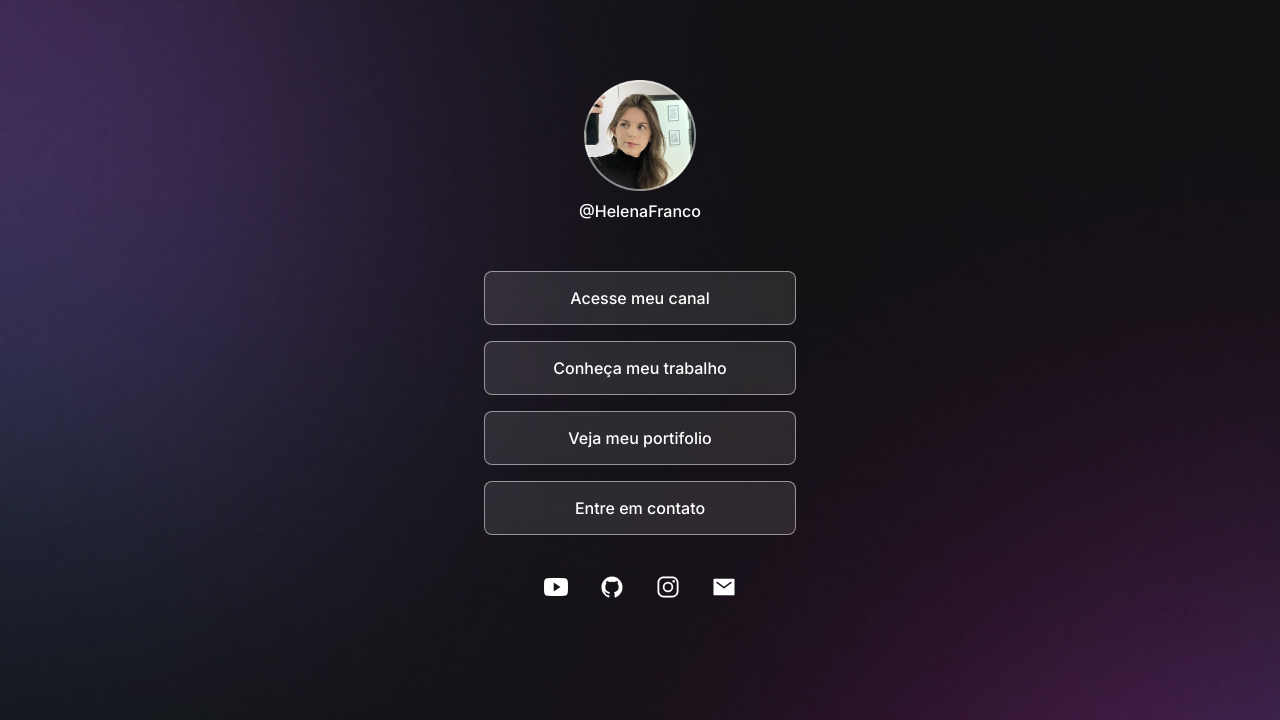
Repository: Fr4nc021/Pagina-de-links-
Page: index.html
These files come from the project's save history. The page is drawn as it stood at one moment and after the next save; the edit follows.
The browser window is 1280 px wide. The pictures show the whole page.

Above is the page before, as saved 2025-02-13 20:42:29.

After the next save:
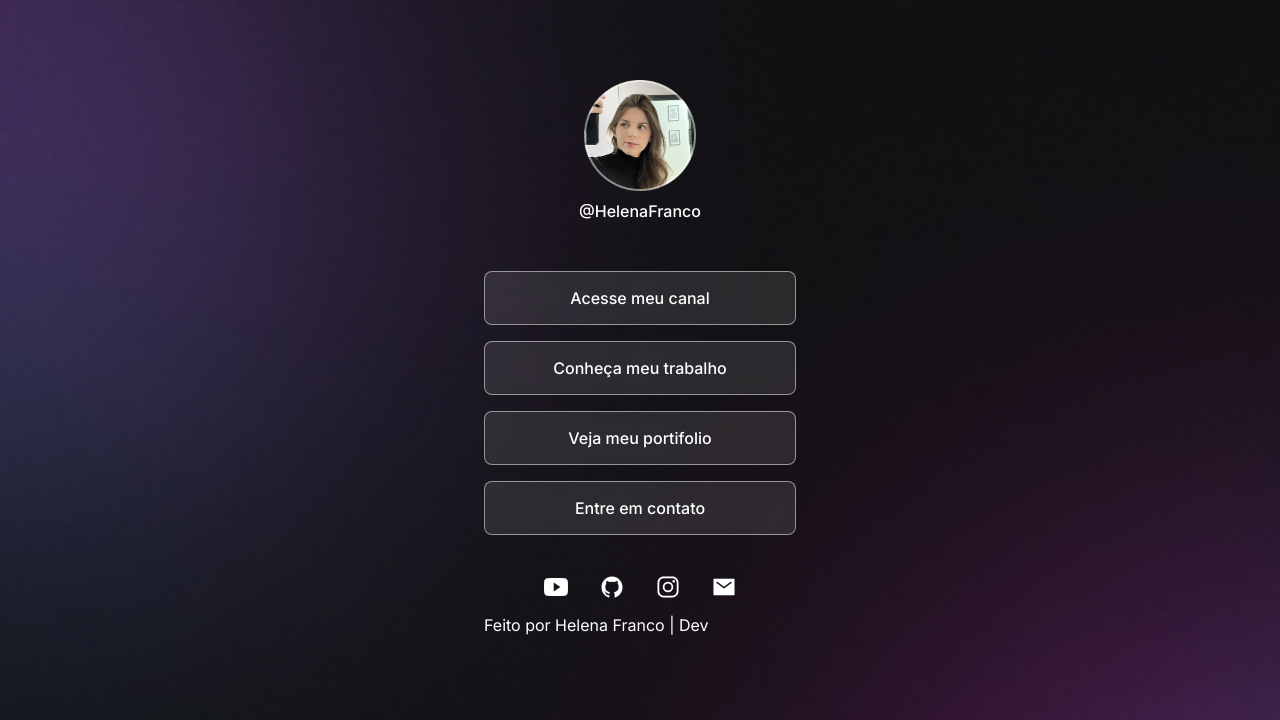
Saved 100 s later.
--- a/index.html
+++ b/index.html
@@ -46,6 +46,10 @@
             <a href="https://w.app/doczx7" target="_blank">
             <ion-icon name="mail-sharp"></ion-icon></a>
         </div>
+
+        <footer>
+            Feito por Helena Franco | Dev
+        </footer>
     </div>
     <script
     type="module"
